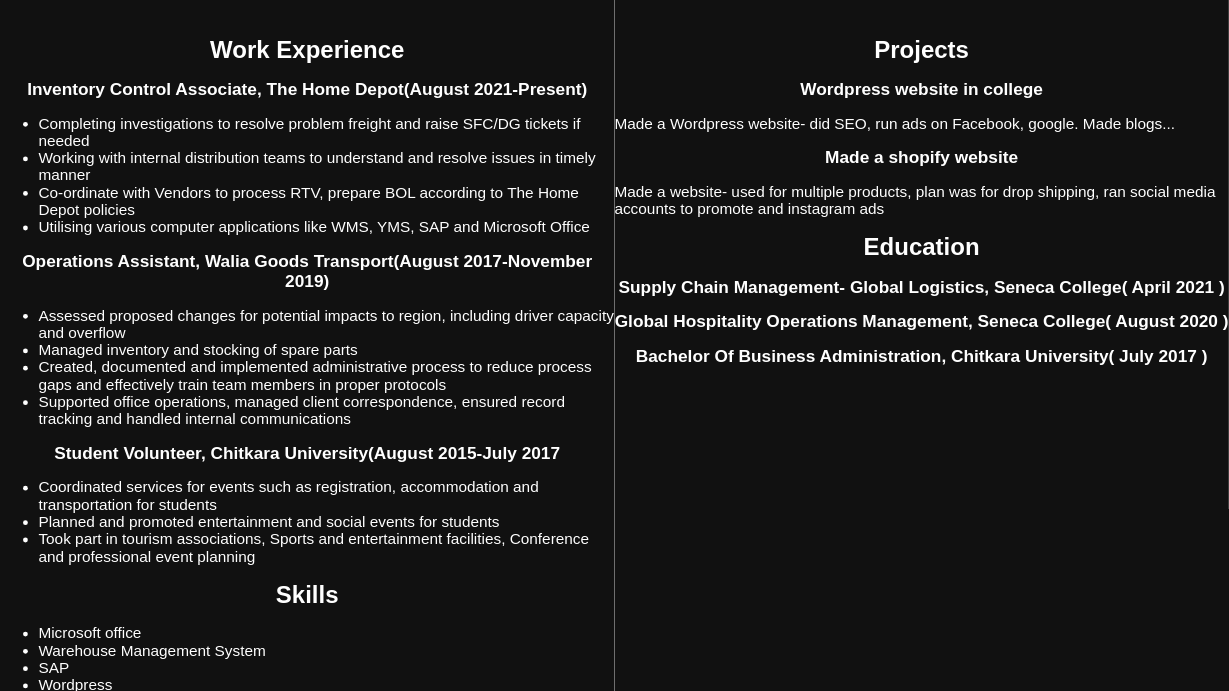
Repository: jashn13/portfolio
Page: index.html
The author's editor kept a copy of each file at every save. The page is drawn from the files as they stood at one save, then again after the next save.
The browser window is 1280 px wide. The pictures show the whole page, at 96% of full size.

Above is the page before, as saved 2021-11-13 08:16:34.

### index.html
<!DOCTYPE html>
<html>
<head>
<style>
h1 {
 text-align: center;
 font-size: 25px;
}
h2 {
 text-align: left;
 Font-size: 18px;
}
</style>
<style>
body {
  font-family: Arial;
  color: white;
}

.split {
  height: 100%;
  width: 50%;
  position: fixed;
  z-index: 1;
  top: 0;
  overflow-x: hidden;
  padding-top: 20px;
}

.left {
  left: 0;
  background-color: #111;
}

.right {
  right: 0;
  background-color: #111;
}

.centered {
  position: absolute;
  top: 50%;
  left: 50%;
  transform: translate(-50%, -50%);
  text-align: center;
}

h2{
  text-align: center;
}
</style>
</head>
<body>
<h2>Jashanjot singh walia</h2>
<h2>Jashanahluwalia4@gmail.com</h2>
<div class="split left">
    <h1>Work Experience</h1>
<h2>Inventory Control Associate, The Home Depot(August 2021-Present)</h2>
<ul>
 <li>Completing investigations to resolve problem freight and raise SFC/DG tickets if needed</li>
 <li>Working with internal distribution teams to understand and resolve issues in timely manner</li>
 <li>Co-ordinate with Vendors to process RTV, prepare BOL according to The Home Depot policies</li>
 <li>Utilising various computer applications like WMS, YMS, SAP and Microsoft Office</li>
</ul>
<h2>Operations Assistant, Walia Goods Transport(August 2017-November 2019)</h2>
<ul>
<li>Assessed proposed changes for potential impacts to region, including driver capacity and overflow</li>
<li>Managed inventory and stocking of spare parts</li>
<li>Created, documented and implemented administrative process to reduce process gaps and effectively train team members in proper protocols</li>
<li>Supported office operations, managed client correspondence, ensured record tracking and handled internal communications</li>
</ul>

<h2>Student Volunteer, Chitkara University(August 2015-July 2017</h2>
<ul>
<li>Coordinated services for events such as registration, accommodation and transportation for students</li>
<li>Planned and promoted entertainment and social events for students</li>
<li>Took part in tourism associations, Sports and entertainment facilities, Conference and professional event planning</li>
</ul>
<h1>Skills</h1>
<ul>
<li>Microsoft office</li>
<li>Warehouse Management System</li>
<li>SAP</li>
<li>Wordpress</li>
<li>SEO</li>
<li>Digital Marketing</li>
</ul>
  </div>
</div>

<div class="split right">
    <h1>Projects</h1>
<h2>Wordpress website in college</h2>
<p>Made a Wordpress website- did SEO, run ads on Facebook, google. Made blogs...</p>
<h2>Made a shopify website</h2>
<p>Made a website- used for multiple products, plan was for drop shipping, ran social media accounts to promote and instagram ads</p>
<h1>Education</h1>
<h2>Supply Chain Management- Global Logistics, Seneca College( April 2021 )</h2>
<h2>Global Hospitality Operations Management, Seneca College( August 2020 )</h2>
<h2>Bachelor Of Business Administration, Chitkara University( July 2017 )</h2>


  </div>
</div>

</body>
</html>

After the next save:
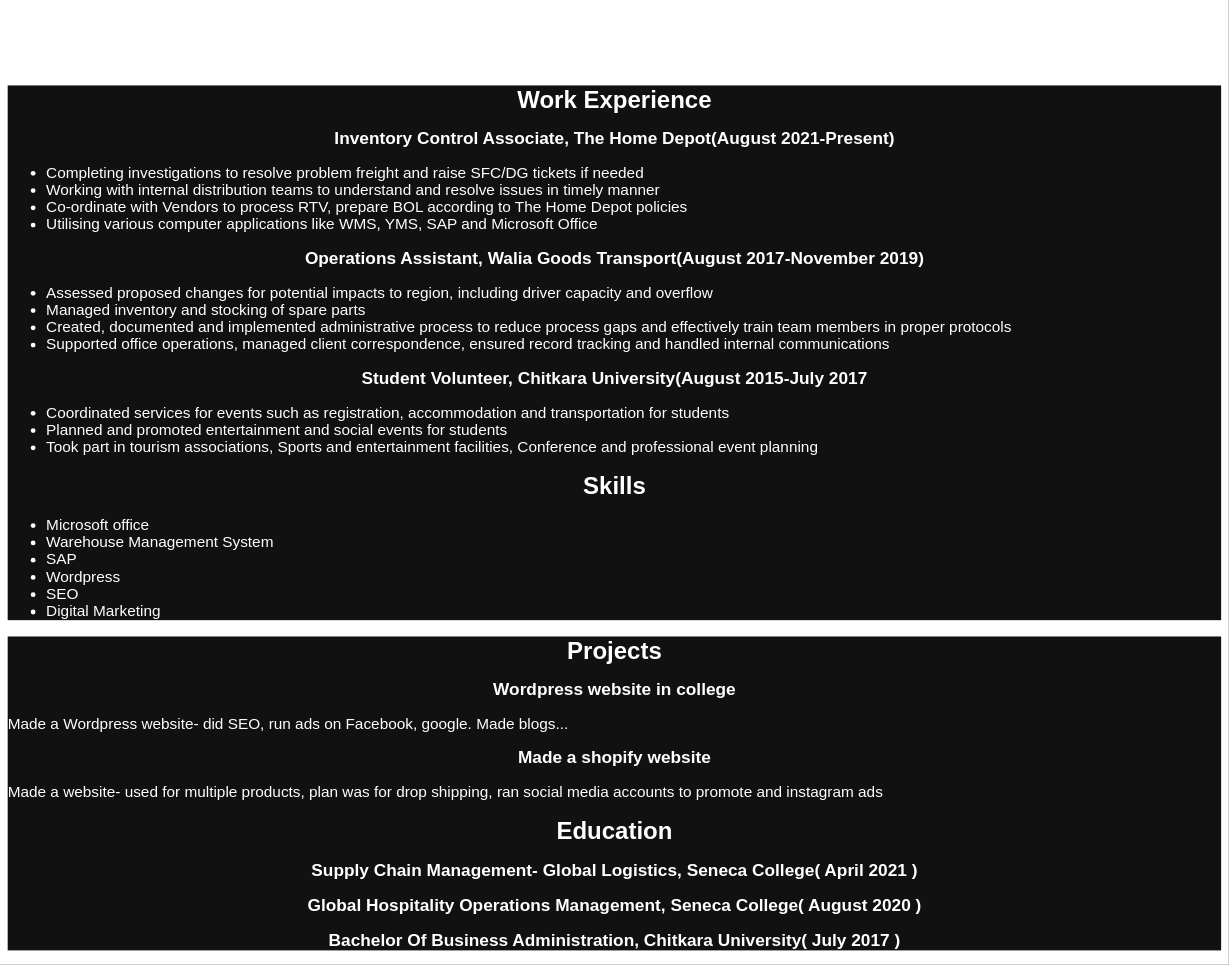
Saved 14 s later.
--- a/index.html
+++ b/index.html
@@ -15,16 +15,6 @@ h2 {
 body {
   font-family: Arial;
   color: white;
-}
-
-.split {
-  height: 100%;
-  width: 50%;
-  position: fixed;
-  z-index: 1;
-  top: 0;
-  overflow-x: hidden;
-  padding-top: 20px;
 }
 
 .left {
